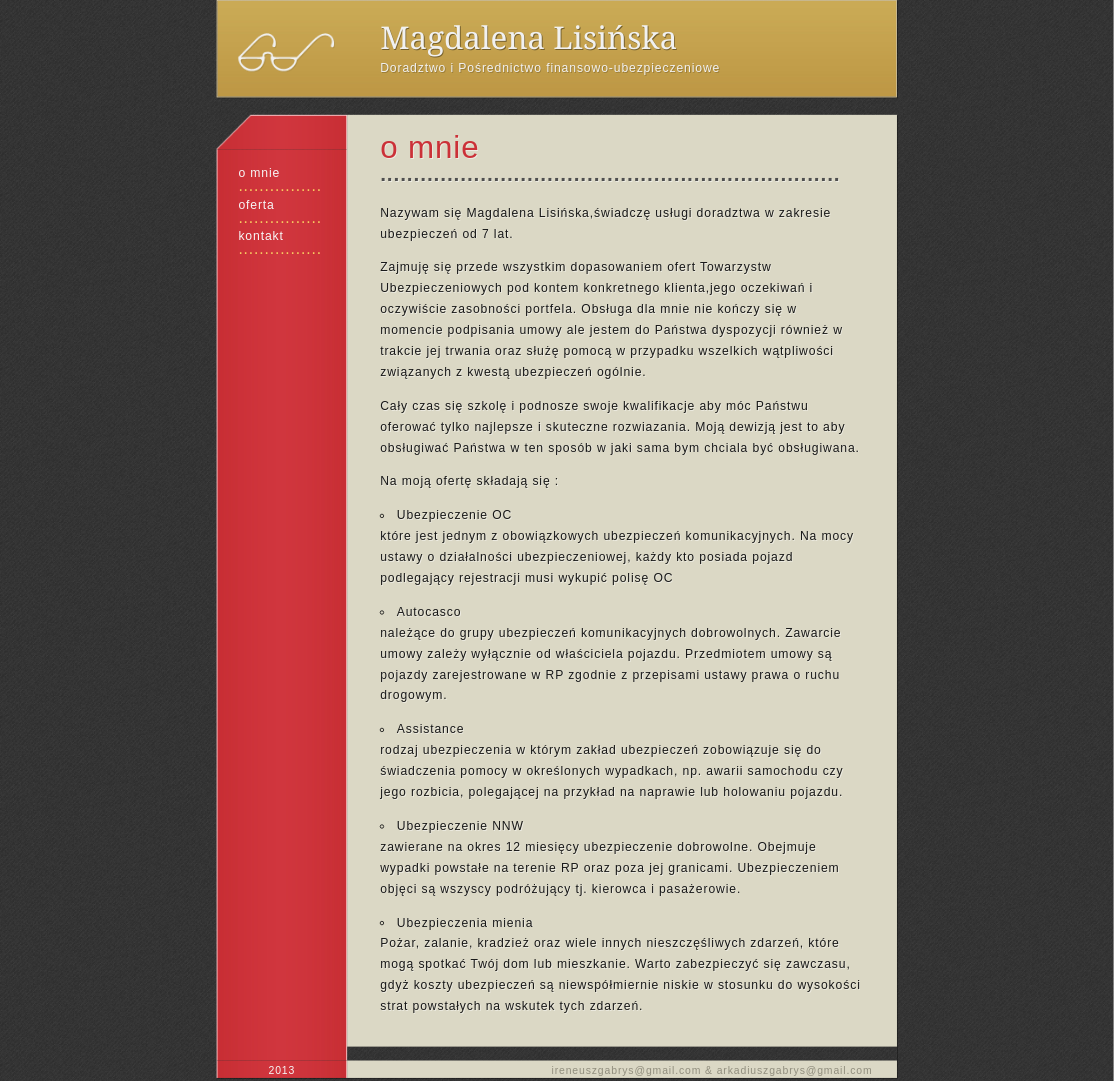
Repository: gabr/php_elicpse_workspace
Page: Magda Lisinska/index.html
The author's editor kept a copy of each file at every save. The page is drawn from the files as they stood at one save, then again after the next save.
The browser window is 1280 px wide. The pictures show the whole page, at 87% of full size.

Above is the page before, as saved 2013-03-08 13:41:52.

### Magda Lisinska/index.html
<!DOCTYPE HTML>
<html>
<head>
<meta http-equiv="Content-Type" content="text/html; charset=utf-8">
<title>Magdalena Lisińska</title>
<!--
		<meta name="description" content="Add your sites description here">
		<meta name="keywords" content="Add,your,site,keywords,here">
		<link rel="icon" type="image/x-icon" href="../images/favicon.ico">
		-->
<link rel="stylesheet" type="text/css" href="css/reset.css"
  media="screen">
<link rel="stylesheet" type="text/css" href="css/style.css"
  media="screen">
<!-- <script src="js/jquery-1.9.1.js"></script>
        <script src="js/script.js"></script> -->
<!--[if lt IE 9]>
		<script src="js/html5shiv.js"></script>
		<![endif]-->
</head>

<body>
  <!-- head -->
  <div id="header">
    <a href="index.html" id="glasses"></a> <a href="index.html"
      id="header-title">
      <p id="title">Magdalena Lisińska</p>
      <p id="slogan">Doradztwo i Pośrednictwo
        finansowo-ubezpieczeniowe</p>
    </a>
    <div class="clear"></div>
  </div>

  <!-- body -->
  <div id="body">
    <!-- menu -->
    <div id="menu">
      <div id="menu-head"></div>
      <div id="menu-body" style="height: 1047px">
        <div id="menu-margin"></div>
        <ul>
          <li><a href="#">o mnie</a></li>
          <li class="line">................</li>
          <li><a href="#">oferta</a></li>
          <li class="line">................</li>
          <li><a href="kontakt.html">kontakt</a></li>
          <li class="line">................</li>
        </ul>
      </div>
    </div>
    <!-- content -->
    <div id="content">
      <div>
        <h1>o mnie</h1>
        <div class="line">.....................................................................</div>
        <p>Nazywam się Magdalena Lisińska,świadczę usługi doradztwa
          w zakresie ubezpieczeń od 7 lat.</p>
        <p>Zajmuję się przede wszystkim dopasowaniem ofert
          Towarzystw Ubezpieczeniowych pod kontem konkretnego
          klienta,jego oczekiwań i oczywiście zasobności portfela.
          Obsługa dla mnie nie kończy się w momencie podpisania umowy
          ale jestem do Państwa dyspozycji również w trakcie jej trwania
          oraz służę pomocą w przypadku wszelkich wątpliwości związanych
          z kwestą ubezpieczeń ogólnie.</p>
        <p>Cały czas się szkolę i podnosze swoje kwalifikacje aby
          móc Państwu oferować tylko najlepsze i skuteczne rozwiazania.
          Moją dewizją jest to aby obsługiwać Państwa w ten sposób w
          jaki sama bym chciala być obsługiwana.</p>
        <p>Na moją ofertę składają się :</p>
        <ul>
          <li>Ubezpieczenie OC
            <p>które jest jednym z obowiązkowych ubezpieczeń
              komunikacyjnych. Na mocy ustawy o działalności
              ubezpieczeniowej, każdy kto posiada pojazd podlegający
              rejestracji musi wykupić polisę OC</p>
          </li>
          <li>Autocasco
            <p>należące do grupy ubezpieczeń komunikacyjnych
              dobrowolnych. Zawarcie umowy zależy wyłącznie od
              właściciela pojazdu. Przedmiotem umowy są pojazdy
              zarejestrowane w RP zgodnie z przepisami ustawy prawa o
              ruchu drogowym.</p>
          </li>
          <li>Assistance
            <p>rodzaj ubezpieczenia w którym zakład ubezpieczeń
              zobowiązuje się do świadczenia pomocy w określonych
              wypadkach, np. awarii samochodu czy jego rozbicia,
              polegającej na przykład na naprawie lub holowaniu pojazdu.</p>
          </li>
          <li>Ubezpieczenie NNW
            <p>zawierane na okres 12 miesięcy ubezpieczenie
              dobrowolne. Obejmuje wypadki powstałe na terenie RP oraz
              poza jej granicami. Ubezpieczeniem objęci są wszyscy
              podróżujący tj. kierowca i pasażerowie.</p>
          </li>
          <li>Ubezpieczenia mienia
            <p>Pożar, zalanie, kradzież oraz wiele innych
              nieszczęśliwych zdarzeń, które mogą spotkać Twój dom lub
              mieszkanie. Warto zabezpieczyć się zawczasu, gdyż koszty
              ubezpieczeń są niewspółmiernie niskie w stosunku do
              wysokości strat powstałych na wskutek tych zdarzeń.</p>
          </li>
        </ul>
      </div>
    </div>
    <div class="clear"></div>

    <!-- footer -->
    <div id="footer">
      <div id="left-footer">
        <p>2013</p>
      </div>
      <div id="right-footer">
        <p>ireneuszgabrys@gmail.com &amp;
          arkadiuszgabrys@gmail.com&ensp;&ensp;&ensp;&ensp;</p>
      </div>
      <div class="clear"></div>
    </div>

  </div>

</body>
</html>

### Magda Lisinska/css/reset.css
/*
html5doctor.com Reset Stylesheet
v1.6.1
Last Updated: 2010-09-17
Author: Richard Clark - http://richclarkdesign.com
Twitter: @rich_clark
*/

html, body, div, span, object, iframe,
h1, h2, h3, h4, h5, h6, p, blockquote, pre,
abbr, address, cite, code,
del, dfn, em, img, ins, kbd, q, samp,
small, strong, sub, sup, var,
b, i,
dl, dt, dd, ol, ul, li,
fieldset, form, label, legend,
table, caption, tbody, tfoot, thead, tr, th, td,
article, aside, canvas, details, figcaption, figure,
footer, header, hgroup, menu, nav, section, summary,
time, mark, audio, video {
margin:0;
padding:0;
border:0;
outline:0;
font-size:100%;
vertical-align:baseline;
background:transparent;
}

body {line-height:1;}

article,aside,details,figcaption,figure,
footer,header,hgroup,menu,nav,section {
display:block; zoom:1;
}

nav ul {list-style:none;}

blockquote, q {quotes:none;}

blockquote:before, blockquote:after,
q:before, q:after {
content:'';
content:none;
}

a {
margin:0;
padding:0;
font-size:100%;
vertical-align:baseline;
background:transparent;
}

/* change colours to suit your needs */
ins {
background-color:#ff9;
color:#000;
text-decoration:none;
}

/* change colours to suit your needs */
mark {
background-color:#ff9;
color:#000;
font-style:italic;
font-weight:bold;
}

del {text-decoration: line-through;}

abbr[title], dfn[title] {
border-bottom:1px dotted;
cursor:help;
}

table {
border-collapse:collapse;
border-spacing:0;
}

/* change border colour to suit your needs */
hr {
display:block;
height:1px;
border:0;
border-top:1px solid #cccccc;
margin:1em 0;
padding:0;
}

input, select {
vertical-align:middle;
}

### Magda Lisinska/css/style.css
/*  Main  */
body {
  background: url(../images/background.png);
  color: #000;
  font-family: Arial, Helvetica, sans-serif;
  font-size: 14px;
  letter-spacing: 1px;
}

p {
  color: #181818;
  text-align: left;
  margin: 0px 0px 15px 0px;
  line-height: 24px;
}

a {
  color: #cb3138;
  text-decoration: none;
}

a:hover {
  text-decoration: underline;
}

h1 {
  margin: 20px 0px 0px 0px;
  font-size: 36px;
  color: #cb3138;
  font-weight: normal;
}

img {
  float: left;
  margin: 5px 10px 0px 0px;
  border: 1px solid #363636;
  box-shadow: 1px 1px 0px rgba(255, 255, 255, 0.5);
}

.line {
  -webkit-touch-callout: none;
  -webkit-user-select: none;
  -khtml-user-select: none;
  -moz-user-select: none;
  -ms-user-select: none;
  user-select: none;
}

.clear {
  clear: both;
}

/* Header */
#header {
  background: url(../images/header.jpg);
  width: 780px;
  height: 110px;
  margin: 0 auto;
  border: 1px solid #dbc89a;
  box-shadow: 1px 1px 0px rgba(0, 0, 0, 0.4)
}

#glasses {
  background: url(../images/glasses.png);
  width: 112px;
  height: 45px;
  margin: 37px 0px 0px 23px;
  display: block;
  outline: none;
  float: left;
}

#header-title {
  float: left;
  margin: 30px 0px 0px 52px;
  outline: none;
  text-decoration: none;
}

#title {
  margin: 0px 0px 0px 0px;
  color: #f1f1f1;
  text-shadow: 1px 1px 0px rgba(0, 0, 0, 0.4);
  font-family: Georgia, Times New Roman, Times;
  font-size: 36px;
  letter-spacing: 0px;
}

#slogan {
  color: #f1f1f1;
  text-shadow: 1px 1px 0px rgba(0, 0, 0, 0.2);
  margin: 11px 0px 0px 0px;
}

/* Body */
#body {
  margin: 0 auto;
  margin-top: 20px;
  width: 782px;
  box-shadow: 1px 1px 0px rgba(0, 0, 0, 0.4);
}

/* Menu */
#menu {
  float: left;
  width: 150px;
}

#menu-head {
  background: url(../images/menu_head.png);
  height: 40px;
}

#menu-body {
  background: url(../images/menu.jpg);
  min-height: 200px;
}

#menu-margin {
  height: 20px;
}

#menu-body ul {
  width: 100px;
  margin: 0 auto;
  list-style: none;
}

#menu-body a {
  color: #f7f7f7;
  text-decoration: none;
}

#menu-body li>a:hover {
  font-weight: bold;
}

#menu-body li.line {
  font-size: 18px;
  color: #f7cb61;
  margin: -1px 0px 5px 0px;
}

/* Content */
#content {
  float: left;
  width: 632px;
  min-height: 200px;
  background: #dbd8c5;
  text-shadow: 1px 1px 0px rgba(255, 255, 255, 0.5);
  padding-bottom: 20px;
}

#content>div {
  margin: 0px 38px 0px 38px;
}

#content .line {
  margin: 0px 0px 20px 0px;
  font-size: 24px;
  color: #4f4f4f;
  font-weight: bold;
}

#content ul {
  list-style-type: circle;
  list-style-position: inside;
}

#content ul li {
  text-decoration: none;
  font-family: Arial, Helvetica, sans-serif;
  font-size: 14px;
  letter-spacing: 1px;
  color: #181818;
  text-align: left;
  margin: 0px 0px 15px 0px;
  line-height: 24px;
}

#content iframe {
  margin: 20px auto 2px auto;
}

#google-maps {
  float: right;
  margin-right: 6px;
}

/* Footer */
#footer {
  width: 782px;
}

#left-footer {
  background: url(../images/menu.jpg);
  width: 150px;
  height: 20px;
  float: left;
}

#left-footer p {
  color: #f7f7f7;
  text-align: center;
  font-size: 12px;
}

#right-footer {
  float: right;
  width: 632px;
  height: 20px;
  background: #dbd8c5;
}

#right-footer p {
  color: #918e7e;
  text-align: right;
  font-size: 12px;
}

After the next save:
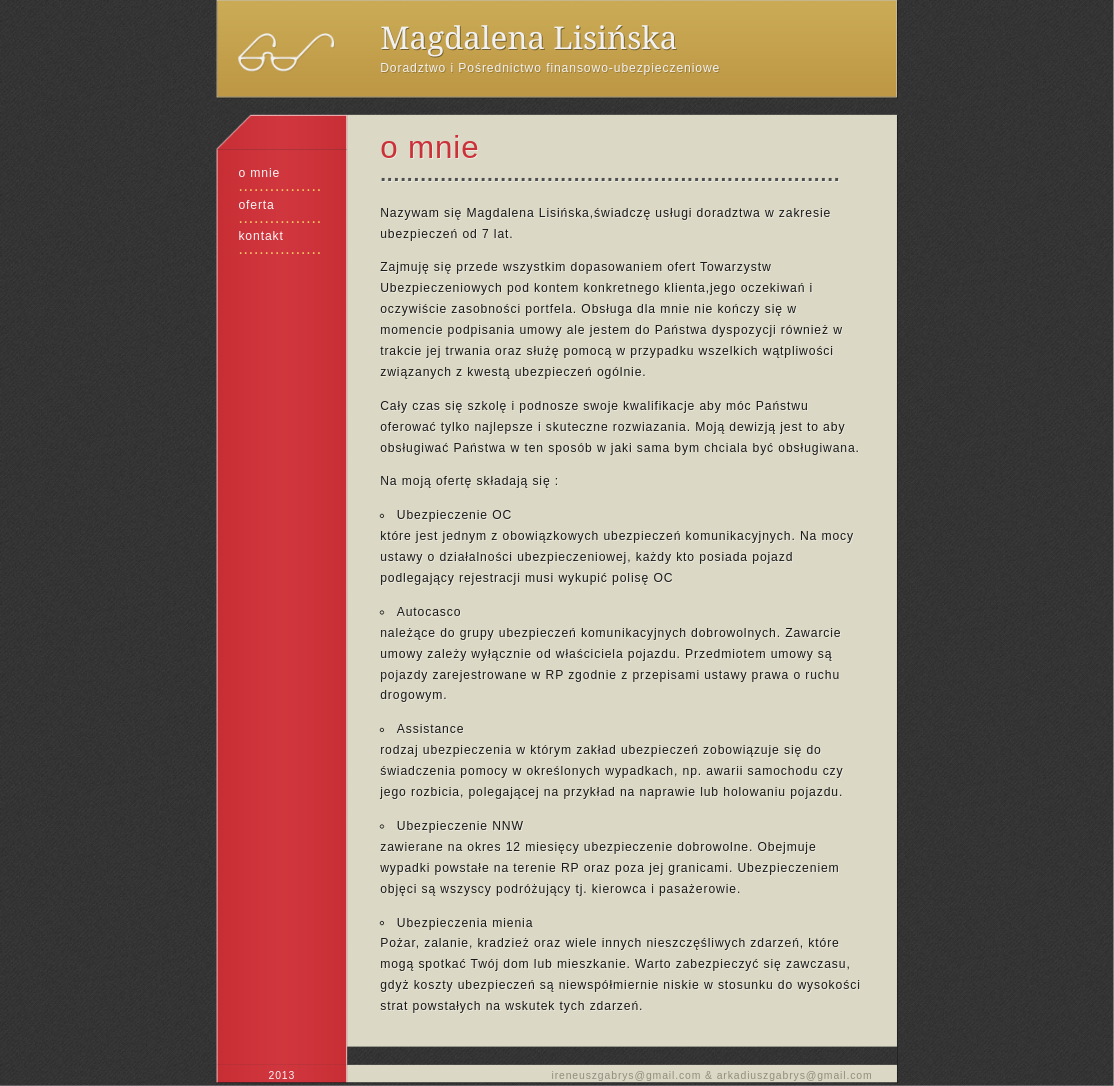
Saved 5 s later.
--- a/Magda Lisinska/index.html
+++ b/Magda Lisinska/index.html
@@ -36,7 +36,7 @@
     <!-- menu -->
     <div id="menu">
       <div id="menu-head"></div>
-      <div id="menu-body" style="height: 1047px">
+      <div id="menu-body" style="height: 1052px">
         <div id="menu-margin"></div>
         <ul>
           <li><a href="#">o mnie</a></li>
